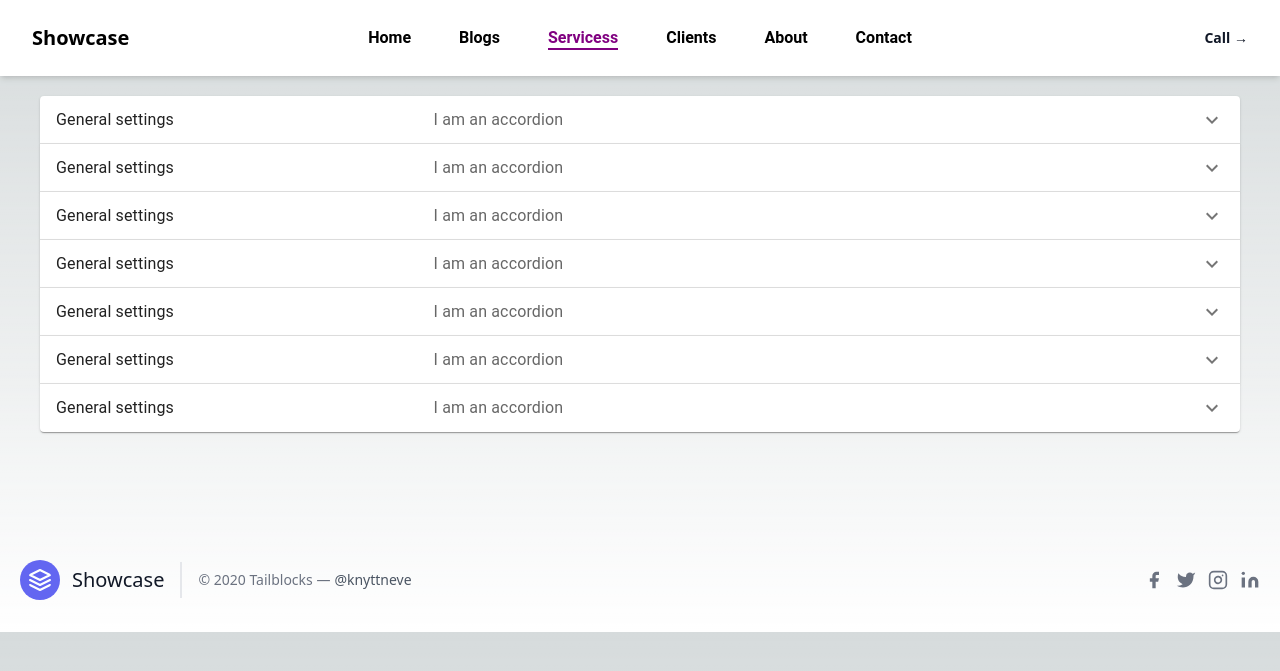
Repository: prashant523580/showcase
Page: /services
These files come from the project's save history. The page is drawn as it stood at one moment and after the next save; the edit follows.
The browser window is 1280 px wide. The pictures show the whole page.
The project was rebuilt for these pictures with package versions that can differ from the ones it lists, and the page was loaded fresh each time. The framework's server and built-in components were replaced by stand-ins that run in the browser. Also part of the build but not shown: next.config.js.

Above is the page before, as saved 2023-03-25 17:52:51.

### src/pages/_app.tsx
import Footer from '@/components/Footer'
import Navbar from '@/components/Navbar'
import React from "react";
import '@/styles/globals.css'
import type { AppProps } from 'next/app'
import AOS from "aos";
import "aos/dist/aos.css"
export default function App({ Component, pageProps }: AppProps) {
  React.useEffect(()=>{
      AOS.init()
  },[])
  return(
<>
    <Navbar/>
    <Component {...pageProps} />
    <Footer/>
</>
    )
}

### src/pages/services.tsx
import * as React from 'react';
import Accordion from '@mui/material/Accordion';
import AccordionDetails from '@mui/material/AccordionDetails';
import AccordionSummary from '@mui/material/AccordionSummary';
import Typography from '@mui/material/Typography';
import ExpandMoreIcon from '@mui/icons-material/ExpandMore';
const services = [
    {
        id:"1",
        label: "Service 1",
        icon:"icon",
        description:"serices description"
    },
    {
        id:"2",
        label: "Service 1",
        icon:"icon",
        description:"serices description"
    },
    {
        id:"3",
        label: "Service 1",
        icon:"icon",
        description:"serices description"
    },
    {
        id:"4",
        label: "Service 1",
        icon:"icon",
        description:"serices description"
    },
    {
        id:"5",
        label: "Service 1",
        icon:"icon",
        description:"serices description"
    },
    {
        id:"6",
        label: "Service 1",
        icon:"icon",
        description:"serices description"
    },
    {
        id:"7",
        label: "Service 1",
        icon:"icon",
        description:"serices description"
    },
]
export default function Sercices() {
  const [expanded, setExpanded] = React.useState<string | false>(false);

  const handleChange =
    (panel: string) => (event: React.SyntheticEvent, isExpanded: boolean) => {
      setExpanded(isExpanded ? panel : false);
    };

  return (
    <div className='py-24 px-10'>
        {
            services.map((service,ind) => {
                return(

                <Accordion expanded={expanded === `panel${ind}`} onChange={handleChange(`panel${ind}`)}>
                    <AccordionSummary
                    expandIcon={<ExpandMoreIcon />}
                    aria-controls="panel1bh-content"
                    id="panel1bh-header"
                    >
                    <Typography sx={{ width: '33%', flexShrink: 0 }}>
                        General settings
                    </Typography>
                    <Typography sx={{ color: 'text.secondary' }}>I am an accordion</Typography>
                    </AccordionSummary>
                    <AccordionDetails>
                    <Typography>
                        Nulla facilisi. Phasellus sollicitudin nulla et quam mattis feugiat.
                        Aliquam eget maximus est, id dignissim quam.
                    </Typography>
                    </AccordionDetails>
                </Accordion>
                )
            })
        }

    </div>
  );
}

### src/components/Footer.tsx
import React from 'react'

export default function Footer() {
  return (
    <footer className="text-gray-600 body-font">
  <div className="container px-5 py-8 mx-auto flex items-center sm:flex-row flex-col">
    <a className="flex title-font font-medium items-center md:justify-start justify-center text-gray-900">
      <svg xmlns="http://www.w3.org/2000/svg" fill="none" stroke="currentColor" stroke-linecap="round" stroke-linejoin="round" stroke-width="2" className="w-10 h-10 text-white p-2 bg-indigo-500 rounded-full" viewBox="0 0 24 24">
        <path d="M12 2L2 7l10 5 10-5-10-5zM2 17l10 5 10-5M2 12l10 5 10-5"></path>
      </svg>
      <span className="ml-3 text-xl">Showcase</span>
    </a>
    <p className="text-sm text-gray-500 sm:ml-4 sm:pl-4 sm:border-l-2 sm:border-gray-200 sm:py-2 sm:mt-0 mt-4">© 2020 Tailblocks —
      <a href="https://twitter.com/knyttneve" className="text-gray-600 ml-1" rel="noopener noreferrer" target="_blank">@knyttneve</a>
    </p>
    <span className="inline-flex sm:ml-auto sm:mt-0 mt-4 justify-center sm:justify-start">
      <a className="text-gray-500">
        <svg fill="currentColor" stroke-linecap="round" stroke-linejoin="round" stroke-width="2" className="w-5 h-5" viewBox="0 0 24 24">
          <path d="M18 2h-3a5 5 0 00-5 5v3H7v4h3v8h4v-8h3l1-4h-4V7a1 1 0 011-1h3z"></path>
        </svg>
      </a>
      <a className="ml-3 text-gray-500">
        <svg fill="currentColor" stroke-linecap="round" stroke-linejoin="round" stroke-width="2" className="w-5 h-5" viewBox="0 0 24 24">
          <path d="M23 3a10.9 10.9 0 01-3.14 1.53 4.48 4.48 0 00-7.86 3v1A10.66 10.66 0 013 4s-4 9 5 13a11.64 11.64 0 01-7 2c9 5 20 0 20-11.5a4.5 4.5 0 00-.08-.83A7.72 7.72 0 0023 3z"></path>
        </svg>
      </a>
      <a className="ml-3 text-gray-500">
        <svg fill="none" stroke="currentColor" stroke-linecap="round" stroke-linejoin="round" stroke-width="2" className="w-5 h-5" viewBox="0 0 24 24">
          <rect width="20" height="20" x="2" y="2" rx="5" ry="5"></rect>
          <path d="M16 11.37A4 4 0 1112.63 8 4 4 0 0116 11.37zm1.5-4.87h.01"></path>
        </svg>
      </a>
      <a className="ml-3 text-gray-500">
        <svg fill="currentColor" stroke="currentColor" stroke-linecap="round" stroke-linejoin="round" stroke-width="0" className="w-5 h-5" viewBox="0 0 24 24">
          <path stroke="none" d="M16 8a6 6 0 016 6v7h-4v-7a2 2 0 00-2-2 2 2 0 00-2 2v7h-4v-7a6 6 0 016-6zM2 9h4v12H2z"></path>
          <circle cx="4" cy="4" r="2" stroke="none"></circle>
        </svg>
      </a>
    </span>
  </div>
</footer>
  )
}

### src/components/Navbar.tsx
// import React from 'react'

// export default function Navbar() {
//   return (
//     <header className="text-gray-600 body-font">
//   <div className="container mx-auto flex flex-wrap p-5 flex-col md:flex-row items-center">
//     <nav className="flex lg:w-2/5 flex-wrap items-center text-base md:ml-auto">
//       <a className="mr-5 hover:text-gray-900">First Link</a>
//       <a className="mr-5 hover:text-gray-900">Second Link</a>
//       <a className="mr-5 hover:text-gray-900">Third Link</a>
//       <a className="hover:text-gray-900">Fourth Link</a>
//     </nav>
//     <a className="flex order-first lg:order-none lg:w-1/5 title-font font-medium items-center text-gray-900 lg:items-center lg:justify-center mb-4 md:mb-0">
//       <svg xmlns="http://www.w3.org/2000/svg" fill="none" stroke="currentColor" stroke-linecap="round" stroke-linejoin="round" stroke-width="2" className="w-10 h-10 text-white p-2 bg-indigo-500 rounded-full" viewBox="0 0 24 24">
//         <path d="M12 2L2 7l10 5 10-5-10-5zM2 17l10 5 10-5M2 12l10 5 10-5"></path>
//       </svg>
//       <span className="ml-3 text-xl">Tailblocks</span>
//     </a>
//     <div className="lg:w-2/5 inline-flex lg:justify-end ml-5 lg:ml-0">
//       <button className="inline-flex items-center bg-gray-100 border-0 py-1 px-3 focus:outline-none hover:bg-gray-200 rounded text-base mt-4 md:mt-0">Button
//         <svg fill="none" stroke="currentColor" stroke-linecap="round" stroke-linejoin="round" stroke-width="2" className="w-4 h-4 ml-1" viewBox="0 0 24 24">
//           <path d="M5 12h14M12 5l7 7-7 7"></path>
//         </svg>
//       </button>
//     </div>
//   </div>
// </header>
//   )
// }
import React, { useState } from 'react'
import {useRouter} from "next/router"
import { Dialog } from '@headlessui/react'
import { Bars3Icon, XMarkIcon } from '@heroicons/react/24/outline'
import Link from 'next/link'

const navigation = [
  { name: 'Home', href: '/' },
  { name: 'Blogs', href: '/blogs' },
  { name: 'Servicess', href: '/services' },
  { name: 'Clients', href: '/clients' },
  { name: 'About', href: '/about' },
  { name: 'Contact', href: '/contact' },
]
function ActiveLink({ children, href } : any) {
  const router = useRouter();
  const style = {
      // padding: 10,
    // marginRight: 10,
    fontWeight:"bold",
    color: router.asPath === href ? 'purple' : 'black',
    boxShadow:  router.asPath === href ? "inset 0 -2px 0 0 purple" : "none",
    fontFamily: "'Roboto', sans-serif",
  }

  const handleClick = (e : any) => {
    e.preventDefault()
    router.push(href)
  }

  return (
    <a href={href} onClick={handleClick} style={style}>
      {children}
    </a>
  )
}
export default function Example() {
  const [mobileMenuOpen, setMobileMenuOpen] = useState(false)

  return (
    <div className="bg-white">
      <header className="absolute shadow-md bg-white inset-x-0 top-0 z-50">
        <nav className="flex items-center justify-between p-6 lg:px-8" aria-label="Global">
          <div className="flex lg:flex-1">
            <Link href="/" className="-m-1.5 p-1.5">
              <span className="sr-only">Showcase</span>
              {/* <img
                className="h-8 w-auto"
                src="https://tailwindui.com/img/logos/mark.svg?color=indigo&shade=600"
                alt=""
              /> */}
              <h1 className='font-bold text-xl'>Showcase</h1>
            </Link>
          </div>
          <div className="flex lg:hidden">
            <button
              type="button"
              className="-m-2.5 inline-flex items-center justify-center rounded-md p-2.5 text-gray-700"
              onClick={() => setMobileMenuOpen(true)}
            >
              <span className="sr-only">Open main menu</span>
              <Bars3Icon className="h-6 w-6" aria-hidden="true" />
            </button>
          </div>
          <div className="hidden lg:flex lg:gap-x-12">
            {navigation.map((item) => (
              <ActiveLink key={item.name} href={item.href}>
                {item.name}
              </ActiveLink>
            ))}
          </div>
          <div className="hidden lg:flex lg:flex-1 lg:justify-end">
            <Link href="tel:+9779816514719" className="text-sm font-semibold leading-6 text-gray-900">
              Call <span aria-hidden="true">&rarr;</span>
            </Link>
          </div>
        </nav>
        <Dialog as="div" className="lg:hidden transition-all" open={mobileMenuOpen} onClose={setMobileMenuOpen}>
          <div className="fixed inset-0 z-50  transition-all" />
          <Dialog.Panel className="fixed transition-all inset-y-0 right-0 z-50 w-full overflow-y-auto bg-white px-6 py-6 sm:max-w-sm sm:ring-1 sm:ring-gray-900/10">
            <div className="flex items-center justify-between">
              <Link href="#" className="-m-1.5 p-1.5">
                <span className="sr-only">Showcase</span>
                <img
                  className="h-8 w-auto"
                  src="https://tailwindui.com/img/logos/mark.svg?color=indigo&shade=600"
                  alt=""
                />
              </Link>
              <button
                type="button"
                className="-m-2.5 rounded-md p-2.5 text-gray-700"
                onClick={() => setMobileMenuOpen(false)}
              >
                <span className="sr-only">Close menu</span>
                <XMarkIcon className="h-6 w-6" aria-hidden="true" />
              </button>
            </div>
            <div className="mt-6 flow-root">
              <div className="-my-6 divide-y divide-gray-500/10">
                <div className="space-y-2 py-6">
                  {navigation.map((item) => (
                    <Link
                      key={item.name}
                      href={item.href}
                      className="-mx-3 block rounded-lg py-2 px-3 text-base font-semibold leading-7 text-gray-900 hover:bg-gray-50"
                    >
                      {item.name}
                    </Link>
                  ))}
                </div>
                <div className="py-6">
                  <Link
                    href="#"
                    className="-mx-3 block rounded-lg py-2.5 px-3 text-base font-semibold leading-7 text-gray-900 hover:bg-gray-50"
                  >
                    Log in
                  </Link>
                </div>
              </div>
            </div>
          </Dialog.Panel>
        </Dialog>
      </header>


    </div>
  )
}

### src/styles/globals.css
@tailwind base;
@tailwind components;
@tailwind utilities;
@import url('https://fonts.googleapis.com/css2?family=Aclonica&family=Caveat&family=DM+Serif+Text&family=Oswald&family=Roboto&family=Vollkorn&display=swap');

:root {
  --max-width: 1100px;
  --border-radius: 12px;
  --font-mono: ui-monospace, Menlo, Monaco, 'Cascadia Mono', 'Segoe UI Mono',
    'Roboto Mono', 'Oxygen Mono', 'Ubuntu Monospace', 'Source Code Pro',
    'Fira Mono', 'Droid Sans Mono', 'Courier New', monospace;

  --foreground-rgb: 0, 0, 0;
  --background-start-rgb: 214, 219, 220;
  --background-end-rgb: 255, 255, 255;

  --primary-glow: conic-gradient(
    from 180deg at 50% 50%,
    #16abff33 0deg,
    #0885ff33 55deg,
    #54d6ff33 120deg,
    #0071ff33 160deg,
    transparent 360deg
  );
  --secondary-glow: radial-gradient(
    rgba(255, 255, 255, 1),
    rgba(255, 255, 255, 0)
  );

  --tile-start-rgb: 239, 245, 249;
  --tile-end-rgb: 228, 232, 233;
  --tile-border: conic-gradient(
    #00000080,
    #00000040,
    #00000030,
    #00000020,
    #00000010,
    #00000010,
    #00000080
  );

  --callout-rgb: 238, 240, 241;
  --callout-border-rgb: 172, 175, 176;
  --card-rgb: 180, 185, 188;
  --card-border-rgb: 131, 134, 135;
}

@media (prefers-color-scheme: dark) {
  :root {
    --foreground-rgb: 255, 255, 255;
    --background-start-rgb: 0, 0, 0;
    --background-end-rgb: 0, 0, 0;

    --primary-glow: radial-gradient(rgba(1, 65, 255, 0.4), rgba(1, 65, 255, 0));
    --secondary-glow: linear-gradient(
      to bottom right,
      rgba(1, 65, 255, 0),
      rgba(1, 65, 255, 0),
      rgba(1, 65, 255, 0.3)
    );

    --tile-start-rgb: 2, 13, 46;
    --tile-end-rgb: 2, 5, 19;
    --tile-border: conic-gradient(
      #ffffff80,
      #ffffff40,
      #ffffff30,
      #ffffff20,
      #ffffff10,
      #ffffff10,
      #ffffff80
    );

    --callout-rgb: 20, 20, 20;
    --callout-border-rgb: 108, 108, 108;
    --card-rgb: 100, 100, 100;
    --card-border-rgb: 200, 200, 200;
  }
}

* {
  box-sizing: border-box;
  padding: 0;
  margin: 0;
}

html,
body {
  max-width: 100vw;
  overflow-x: hidden;

}

body {
  color: rgb(var(--foreground-rgb));
  background: linear-gradient(
      to bottom,
      transparent,
      rgb(var(--background-end-rgb))
    )
    rgb(var(--background-start-rgb));
      /*
    font-family: 'Vollkorn', serif;
    font-family: 'Oswald', sans-serif;
    font-family: 'Aclonica', sans-serif;
    font-family: 'Caveat', cursive;
    font-family: 'DM Serif Text', serif;
    font-family: 'Roboto', sans-serif;
    */
}

a {
  color: inherit;
  text-decoration: none;
}

@media (prefers-color-scheme: dark) {
  html {
    color-scheme: dark;
  }
}

Loaded but not shown: src/pages/_document.tsx (common file); tailwind.config.js (common file)

After the next save:
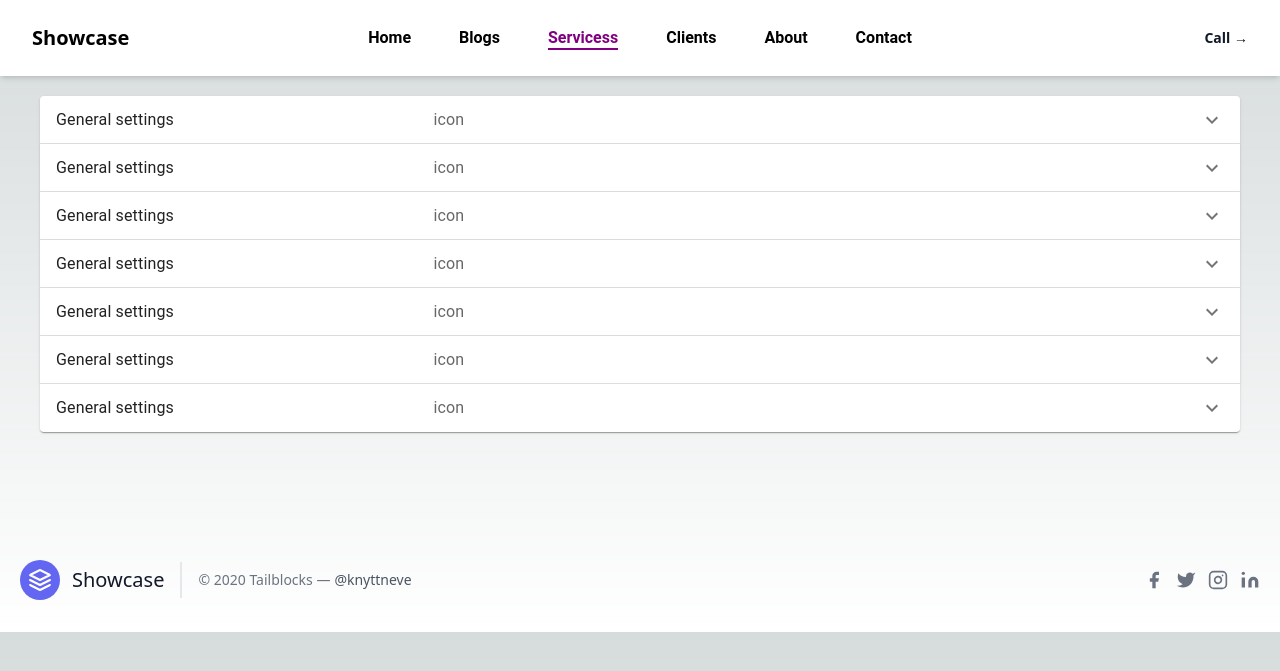
Saved 28 s later.
--- a/src/pages/services.tsx
+++ b/src/pages/services.tsx
@@ -71,7 +71,7 @@ export default function Sercices() {
                     <Typography sx={{ width: '33%', flexShrink: 0 }}>
                         General settings
                     </Typography>
-                    <Typography sx={{ color: 'text.secondary' }}>I am an accordion</Typography>
+                    <Typography sx={{ color: 'text.secondary' }}>{service.icon}</Typography>
                     </AccordionSummary>
                     <AccordionDetails>
                     <Typography>
